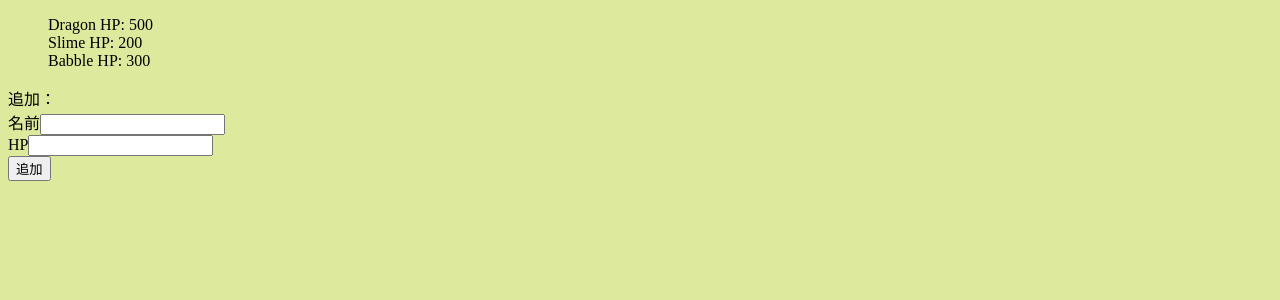
Repository: minoto9/vue_tutorial
Page: sampler/index.html
An editor plug-in stored every save of this project. The page is shown before and after the next save, followed by the edit.
The browser window is 1280 px wide. The pictures show the whole page.

Above is the page before, as saved 2019-07-10 21:09:22.

### sampler/index.html
<!DOCTYPE html>
<html lang="ja">
<head>
    <meta charset="UTF-8">
    <meta name="viewport" content="width=device-width, initial-scale=1.0">
    <meta http-equiv="X-UA-Compatible" content="ie=edge">
    <link rel="stylesheet" href="style.css">
    <script src="https://cdn.jsdelivr.net/npm/vue@2.6.10/dist/vue.js"></script>
    <title>Document</title>
</head>
<body>
    <div id="app">
        <ul>
            <li v-for="item in list" v-bind:key="item.id">{{ item.name }}  HP: {{ item.hp }}</li>
        </ul>
        <!-- <table>
            <tr v-for="item in list" v-bind:key="item.id">
                <td class="monsterName" v-bind:class="{warn: item.hp <= item.hp / 10}">{{ item.name }}</td>
                <td>HP : {{ item.hp }}</td>
                <td><button v-on:click="attack">Attack</button></td>
            </tr>
        </table> -->
        追加：<br>
        名前<input v-model="name"><br>
        HP<input v-model="hp"><br>
        <button v-on:click="doAdd">追加</button>
    </div>
    <script src="./main.js"></script>
</body>
</html>

### sampler/style.css
html {
    background-color: rgba(177, 204, 22, 0.425)
}

li {
    list-style: none;
}

.monsterName {
    background-color: black;
    color: white;
    font-weight: bold;
}

.warn {
    background-color: red;
}

### sampler/main.js
new Vue({
    el: '#app',
    data: {
        list: [
            {id: 1, name: "Dragon", hp: 500},
            {id: 2, name: "Slime", hp: 200},
            {id: 3, name: "Babble", hp: 300}
        ]
    },
    methods: {
        doAdd: function() {
            var max = this.list.reduce(function(a,b) {
                return a > b.id ? a : b.id
            }, 0)
            this.list.push({
                id: max + 1,
                name: this.name,
                hp: this.hp
            })
        }
    }
})

After the next save:
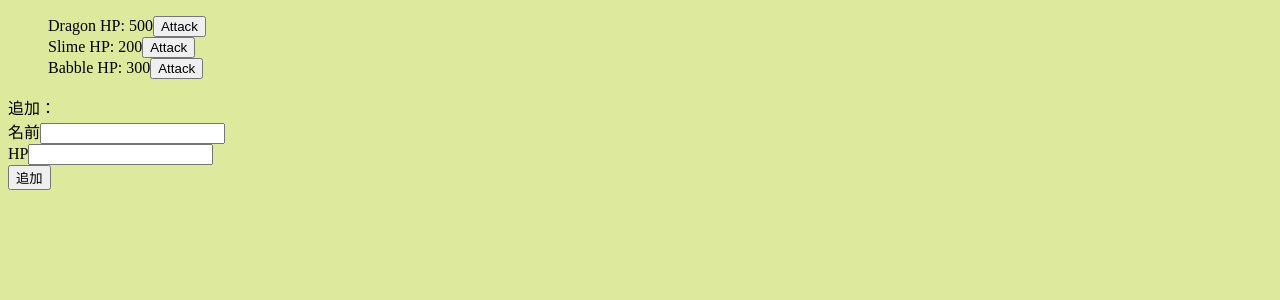
Saved 43 s later.
--- a/sampler/index.html
+++ b/sampler/index.html
@@ -11,7 +11,7 @@
 <body>
     <div id="app">
         <ul>
-            <li v-for="item in list" v-bind:key="item.id">{{ item.name }}  HP: {{ item.hp }}</li>
+            <li v-for="item in list" v-bind:key="item.id">{{ item.name }}  HP: {{ item.hp }}<button v-on:click="attack">Attack</button></li>
         </ul>
         <!-- <table>
             <tr v-for="item in list" v-bind:key="item.id">
